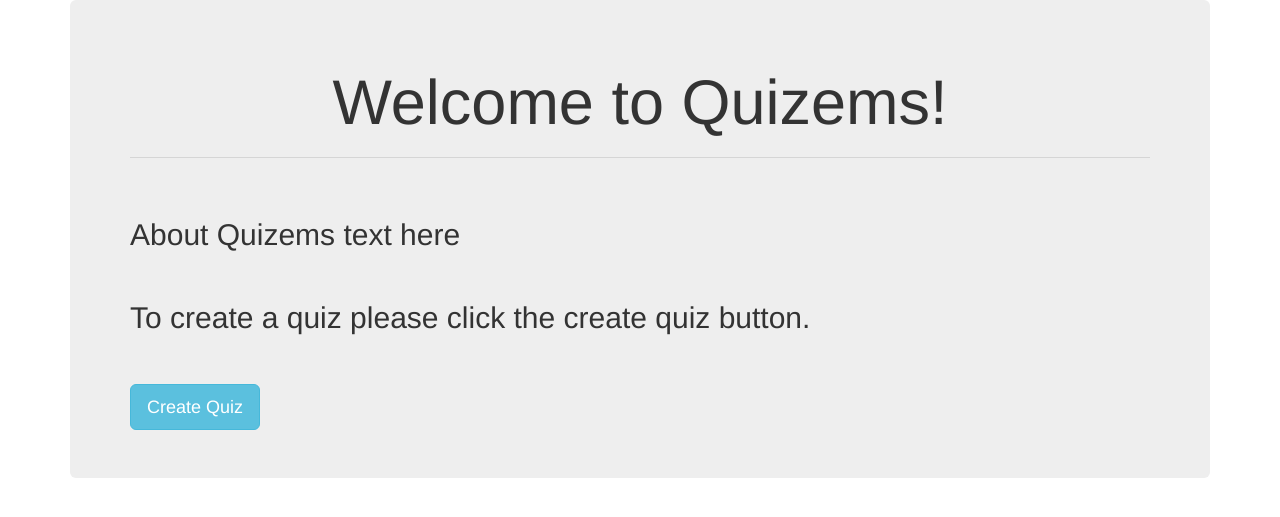
Repository: phillipdacosta/QuizemsNew
Page: /
These files come from the project's save history. The page is drawn as it stood at one moment and after the next save; the edit follows.
The browser window is 1280 px wide. The pictures show the whole page.
Some web libraries are served in a nearby version. The project was rebuilt for these pictures with package versions that can differ from the ones it lists, and the page was loaded fresh each time. Also part of the build but not shown: angular.json, src/app/professor/professor.component.ts, src/app/data.service.ts, src/app/question.model.ts, src/app/quiz/quiz.component.ts, src/app/student/student.component.ts, src/app/questions/questions.component.ts, src/app/question-display/question-display.component.ts and 1 more.

Above is the page before, as saved 2019-06-30 16:14:28.

After the next save:
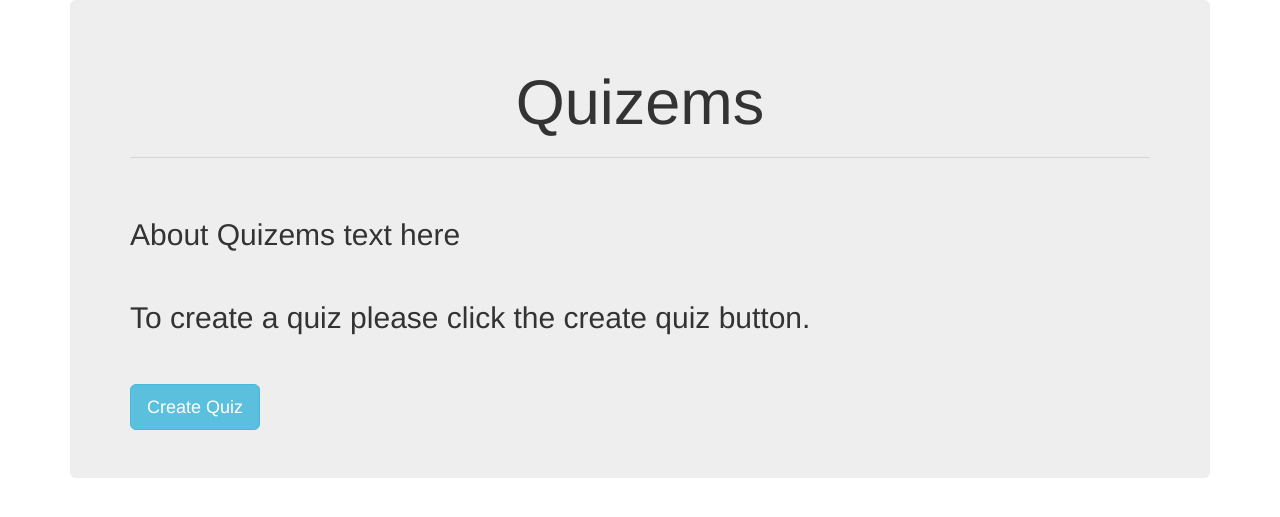
Saved 26 s later.
--- a/src/app/about/about.component.html
+++ b/src/app/about/about.component.html
@@ -7,7 +7,7 @@
 
 <h1 class = "welcomeText">
 
-     Welcome to Quizems!
+    Quizems
   </h1>
 
   <hr>
